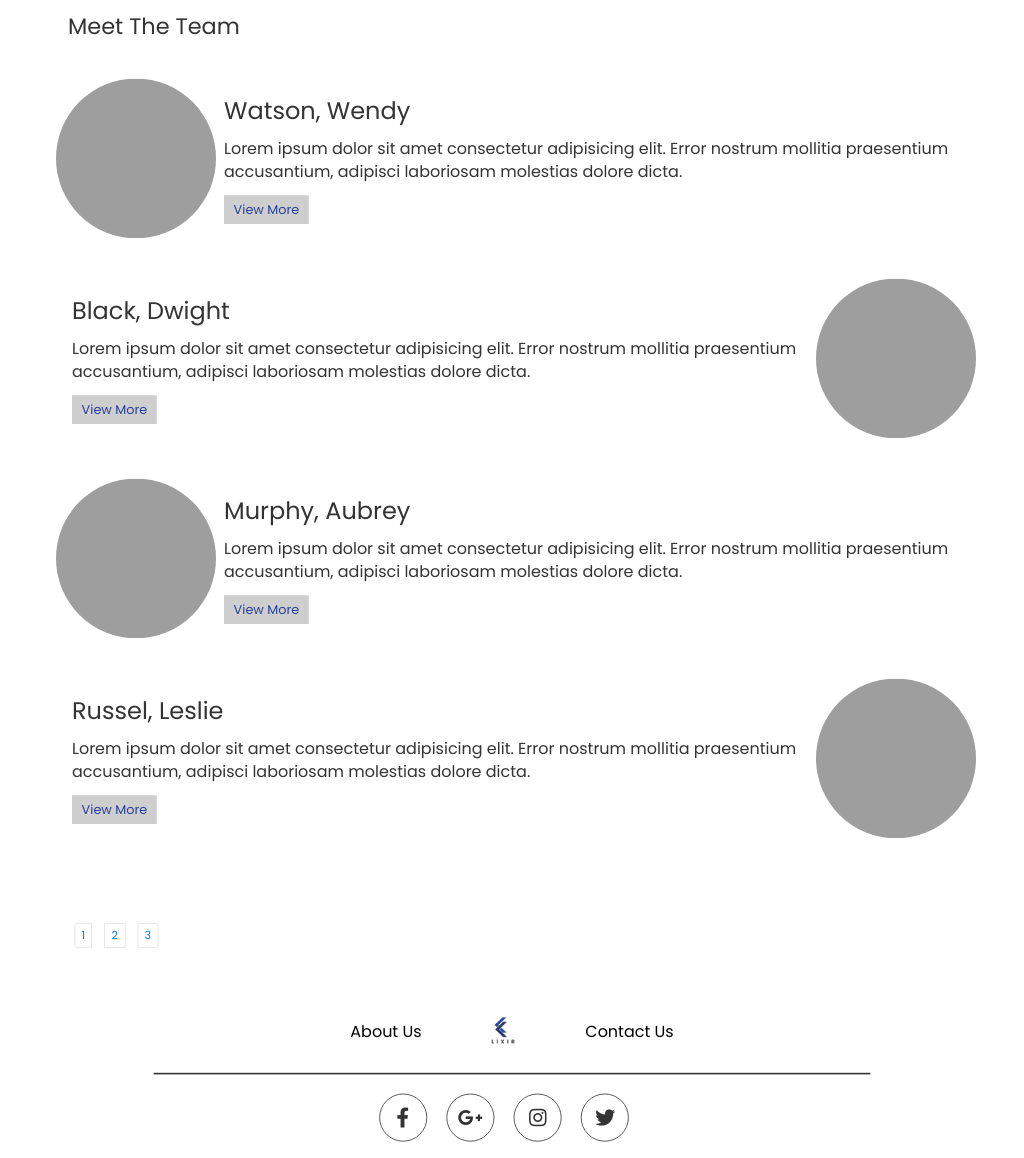
Repository: phiiileo/lit-page
Page: team-page.html
An editor plug-in stored every save of this project. The page is shown before and after a run of saves, followed by the edit.
The browser window is 1280 px wide. The pictures show the whole page, at 80% of full size.
Pictures or frames that could not be fetched are drawn as grey boxes. Some web libraries are served in a nearby version.

Above is the page before, as saved 2019-12-04 22:00:04.

### team-page.html
<head>
  <meta charset="UTF-8" />
  <meta name="viewport" content="width=device-width, initial-scale=1.0" />
  <meta http-equiv="X-UA-Compatible" content="ie=edge" />
  <title>Lixir | Official Page</title>
  <link
    rel="stylesheet"
    href="css/bootstrap-4.4.0-dist/css/bootstrap.min.css"
  />
  <script src="js/jquery-1.11.1.min.js"></script>
  <script src="js/popper.min.js"></script>
  <script src="css/bootstrap-4.4.0-dist/js/bootstrap.min.js"></script>
  <link
    href="https://fonts.googleapis.com/css?family=Poppins&display=swap"
    rel="stylesheet"
  />
  <link
    rel="stylesheet"
    type="text/css"
    href="https://cdnjs.cloudflare.com/ajax/libs/font-awesome/5.11.2/css/all.min.css"
  />
  <link rel="stylesheet" href="css/site_footer.css" />
  <link rel="stylesheet" href="./css/team-page.css">
</head>

<div class="container">
    <p><h3>Meet The Team</h3></p>
    <div class="row row-cols-1 row-cols-md-1 mt-5 mb-5">
        <div class="card mb-5">
            <div class="row no-gutters ">

                <div class="col-md-2 text-center">
                    <img src="https://res.cloudinary.com/gboyega/image/upload/v1575387409/grillspot/profile-placeholder_kqu2no.png" alt="profileImage" class=" card-img team-image img-responsive">
                </div>

                <div class="col-md-10">
                    <div class="card-body">
                        <h5 class="card-title">Watson, Wendy</h5>
                        <p class="card-text">Lorem ipsum dolor sit amet consectetur adipisicing elit. Error nostrum mollitia praesentium accusantium, adipisci laboriosam molestias dolore dicta.</p>
                        <p class="card-text"><button class="btn btn-secondary" id="viewMoreButton">View More</button></p>
                    </div>
                </div>

            </div>
        </div>

        <div class="card mb-5">
            <div class="row no-gutters ">

                 <div class="col-md-10">
                    <div class="card-body">
                        <h5 class="card-title">Black, Dwight</h5>
                        <p class="card-text">Lorem ipsum dolor sit amet consectetur adipisicing elit. Error nostrum mollitia
                            praesentium accusantium, adipisci laboriosam molestias dolore dicta.</p>
                        <p class="card-text"><button class="btn btn-secondary" id="viewMoreButton">View More</button></p>
                    </div>
                </div>

                <div class="col-md-2 text-center">
                    <img src="https://res.cloudinary.com/gboyega/image/upload/v1575387409/grillspot/profile-placeholder_kqu2no.png"
                        alt="profileImage" class=" card-img team-image img-responsive">
                </div>

            </div>
        </div>


        <div class="card mb-5">
            <div class="row no-gutters ">

                <div class="col-md-2 text-center">
                    <img src="https://res.cloudinary.com/gboyega/image/upload/v1575387409/grillspot/profile-placeholder_kqu2no.png"
                        alt="profileImage" class=" card-img team-image img-responsive">
                </div>

                <div class="col-md-10">
                    <div class="card-body">
                        <h5 class="card-title">Murphy, Aubrey</h5>
                        <p class="card-text">Lorem ipsum dolor sit amet consectetur adipisicing elit. Error nostrum mollitia
                            praesentium accusantium, adipisci laboriosam molestias dolore dicta.</p>
                        <p class="card-text"><button class="btn btn-secondary" id="viewMoreButton">View More</button></p>
                    </div>
                </div>

            </div>
        </div>

        <div class="card mb-5">
            <div class="row no-gutters">

                <div class="col-md-10">
                    <div class="card-body">
                        <h5 class="card-title">Russel, Leslie</h5>
                        <p class="card-text">Lorem ipsum dolor sit amet consectetur adipisicing elit. Error nostrum mollitia
                            praesentium accusantium, adipisci laboriosam molestias dolore dicta.</p>
                        <p class="card-text"><button class="btn btn-secondary" id="viewMoreButton">View More</button></p>
                    </div>
                </div>

                <div class="col-md-2 text-center">
                    <img src="https://res.cloudinary.com/gboyega/image/upload/v1575387409/grillspot/profile-placeholder_kqu2no.png"
                        alt="profileImage" class=" card-img team-image img-responsive">
                </div>

            </div>
        </div>

    </div>

    <nav aria-label="...">
        <ul class="pagination pagination-sm">
            <li class="page-item m-2"><a class="page-link" href="#">1</a></li>
            <li class="page-item m-2"><a class="page-link" href="#">2</a></li>
            <li class="page-item m-2"><a class="page-link" href="#">3</a></li>
        </ul>
    </nav>

</div>

<footer class="mt-5">
  <section class="footer_content mx-auto text-center">
    <section class="footer_content--one">
      <a href="about_us.php" class="">About Us</a>
      <a href="index.php" class="mx-5">
        <img src="image/footer_logo.png" alt="" width="100px" height="100px"
      /></a>
      <a href="contact.php" class="">Contact Us</a>
    </section>
    <section class="footer_content--two pt-4">
      <a href="#"><i class="fab fa-facebook-f"></i></a>
      <a href=""><i class="fab fa-google-plus-g"></i></a>
      <a href=""><i class="fab fa-instagram"></i></a>
      <a href=""><i class="fab fa-twitter"></i></a>
    </section>
  </section>
</footer>

### css/site_footer.css
footer .footer_content {
    width: 70%;
  }

  footer .footer_content .footer_content--one {
    width: 100%;
    border-bottom: 2px solid #333333;
  }

  footer .footer_content .footer_content--one a {
    font-size: 20px;
    line-height: 28px;
    color: #000000;
    display: inline-block;
  }

  footer .footer_content .footer_content--two a {
    color: #333333;
    border: 1px solid #333333;
    border-radius: 50%;
    width: 60px;
    height: 60px;
    display: -webkit-inline-box;
    display: -ms-inline-flexbox;
    display: inline-flex;
    -webkit-box-pack: center;
        -ms-flex-pack: center;
            justify-content: center;
    -webkit-box-align: center;
        -ms-flex-align: center;
            align-items: center;
    margin-right: 20px;
    margin-bottom: 20px;
  }

  footer .footer_content .footer_content--two a i {
    font-size: 25px;
  }

### css/team-page.css
* {
  margin-top: 0;
  padding: 0px;
  box-sizing: border-box;
  font-family: "Poppins", sans-serif;
  color: #333333;
}
.team-image{
    width: 200px;
    height: 200px;
    border-radius: 50%;
}

.card{
    border: 0;
}

.card-title{
    font-size: 30px;
    line-height: 140.62%;
}

.card-text{
    font-size: 20px;
    line-height: 140.62%;

}

#viewMoreButton{
    color:#29419b ;
    background: #cecece;
    border-radius: 0;
    border: 0;
}

#viewMoreButton:hover{
    color:#cecece;
    background: #29419b;
}

Loaded but not shown: css/bootstrap-4.4.0-dist/css/bootstrap.min.css (library); js/jquery-1.11.1.min.js (library); js/popper.min.js (library); css/bootstrap-4.4.0-dist/js/bootstrap.min.js (library)

After the next 3 saves:
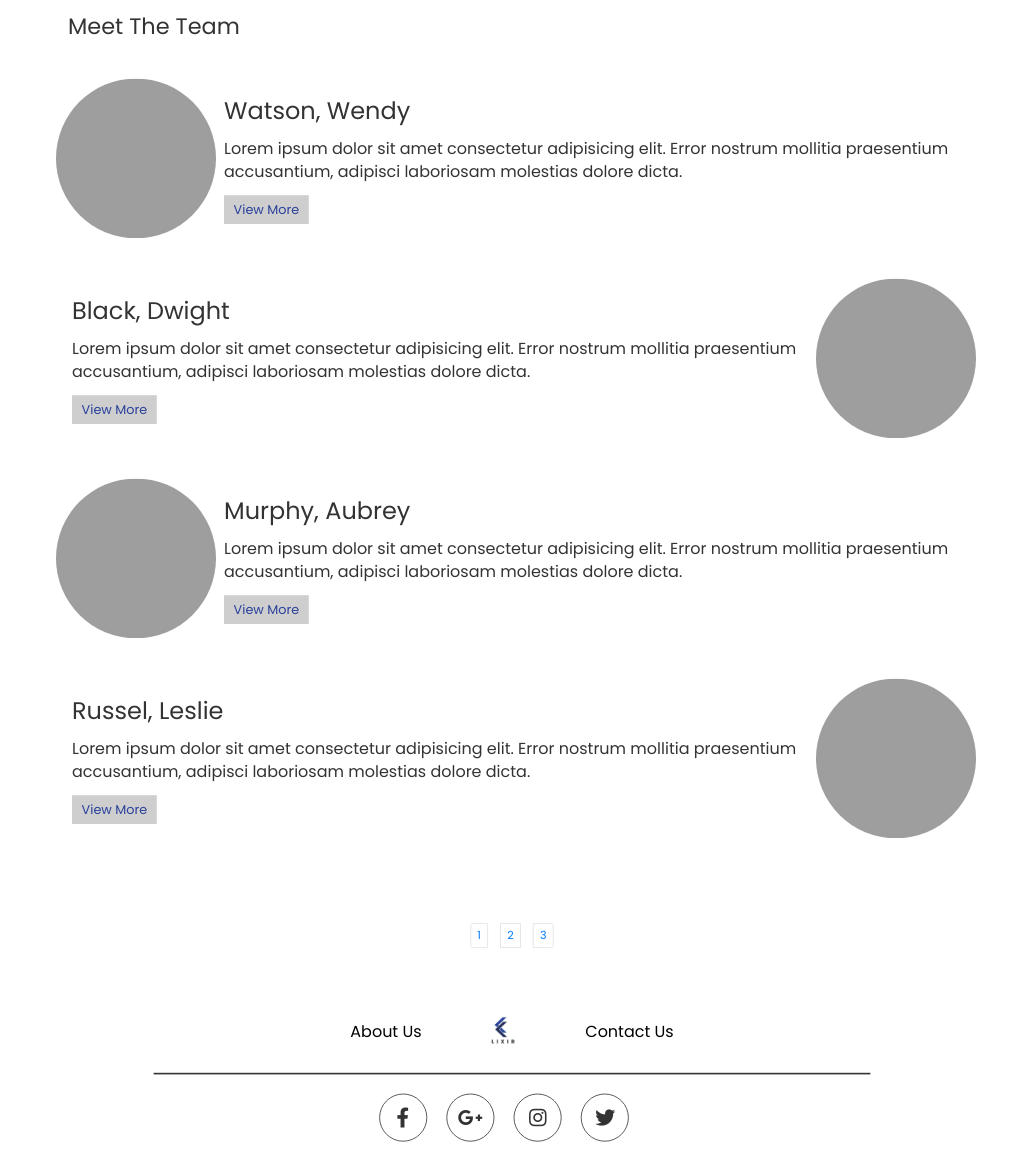
The 3 saves are shown as one change because they came seconds apart.
The last was saved 8 s later.
--- a/team-page.html
+++ b/team-page.html
@@ -108,7 +108,7 @@
     </div>
 
     <nav aria-label="...">
-        <ul class="pagination pagination-sm">
+        <ul class="pagination pagination-sm justify-content-center">
             <li class="page-item m-2"><a class="page-link" href="#">1</a></li>
             <li class="page-item m-2"><a class="page-link" href="#">2</a></li>
             <li class="page-item m-2"><a class="page-link" href="#">3</a></li>
